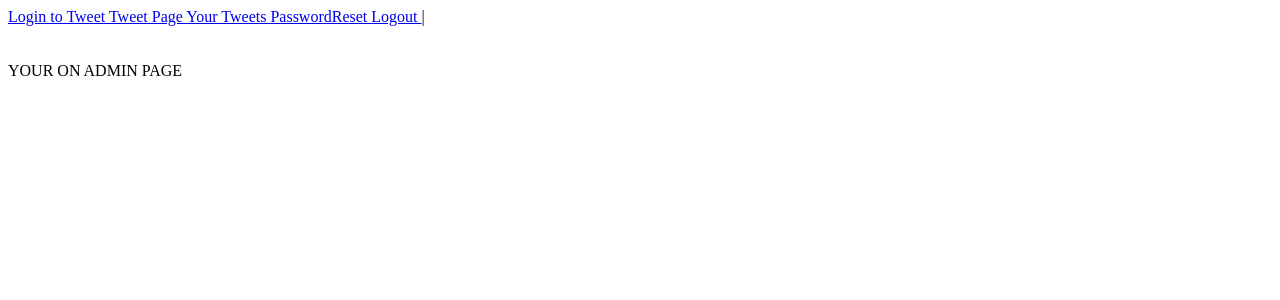
Repository: SriMerla/ServletsAndJsps
Page: http://localhost/WebApplicationProject/admin.jsp
An editor plug-in stored every save of this project. The page is shown before and after the next save, followed by the edit.
The browser window is 1280 px wide. The pictures show the whole page.
The page is served by Tomcat 9.

Above is the page before, as saved 2020-01-30 04:15:17.

After the next save:
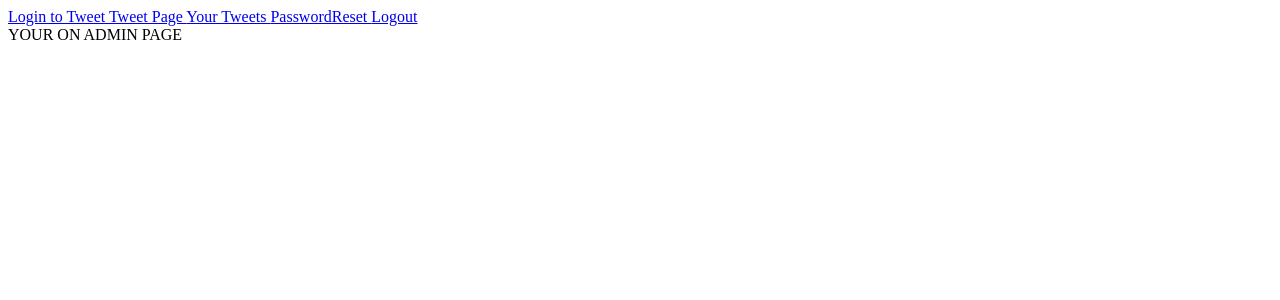
Saved 83 s later.
--- a/Servlets/WebApplicationProject/WebContent/admin.jsp
+++ b/Servlets/WebApplicationProject/WebContent/admin.jsp
@@ -8,11 +8,14 @@
 
 </head>
 <body>
-<a href='http://localhost:8080/WebApplicationProject/login.html'> Login to Tweet </a>
+<div>
+ <a class="active" href='http://localhost:8080/WebApplicationProject/login.html'> Login to Tweet </a>
  <a href='http://localhost:8080/WebApplicationProject/tweet.html'> Tweet Page </a>
  <a href='http://localhost:8080/WebApplicationProject/TweetView.html'> Your Tweets </a>
  <a href='http://localhost:8080/WebApplicationProject/passwordReset.html'> PasswordReset </a>
- <a href='http://localhost:8080/WebApplicationProject/logout.jsp'> Logout </a>|<br/><br/><br/>
+ <a href='http://localhost:8080/WebApplicationProject/logout.jsp'> Logout </a>
+</div>
+
 
  <form action="admin">
 
